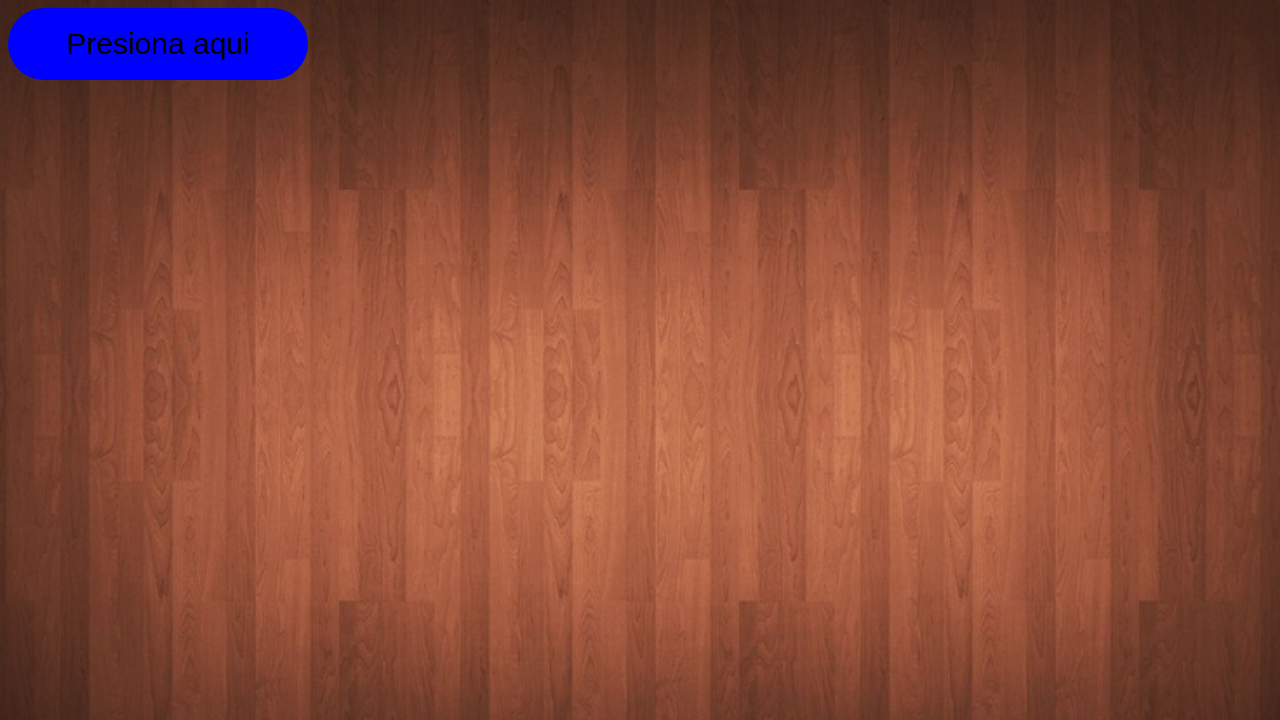
Repository: ye909/secreto
Page: inicio.html
An editor plug-in stored every save of this project. The page is shown before and after the next save, followed by the edit.
The browser window is 1280 px wide. The pictures show the whole page.

Above is the page before, as saved 2025-02-20 22:19:07.

### inicio.html
<!DOCTYPE html>
<html>
<head>
<title>Amigo Secreto 3D</title>
<link rel="stylesheet" href="inicio.css">
</head>
<body>

          <div class="container">
            <h1 id="message">¡Bienvenido al Juego del Amigo Secreto!</h1>
        </div>
    <button id="btn"><a href="">Presiona aqui</a></button>

  <script src="inicio.js"></script>
</body>
</html>

### inicio.css
body {

    justify-content: center;
    align-items: center;
    background-image:url(./imagenes/fondocard.jpg);
    background-repeat: no-repeat;
    background-attachment: fixed;
    background-size: cover;
    background-size:100%;
}

.container {
    text-align: center;
}

#message {
    font-size: 2em;
    color: #333;
    opacity: 0;
    transform: translateY(-20px);
    animation: fadeIn 1s ease-out forwards;
}

@keyframes fadeIn {
    to {
        opacity: 1;
        transform: translateY(0);
    }
}
a{
    text-decoration: none;
    list-style: none;
    color:black;
}
#btn{
    display: none;
    width: 300px;
    height: 10vh;
    background: rgb(97, 97, 205);
    border-radius: 60px;
    font-size: 30px;
    border:none;
    background: blue;
}
#btn:hover{
    background: transparent;
    box-shadow: rgb(2, 2, 170) 4px 3px 4px 3px ,rgb(2, 2, 170) 4px 3px 4px 3px ,rgb(2, 2, 170) 4px 3px 4px 3px ;

}

### inicio.js
// script.js
document.addEventListener('DOMContentLoaded', function() {
    setTimeout(function() {
        document.getElementById('message').style.display = 'none';

    }, 3000);

    setTimeout(function() {
        document.getElementById('message').style.display = 'none';
        document.getElementById('btn').style.display = 'inline';
    }, 3400);
});

After the next save:
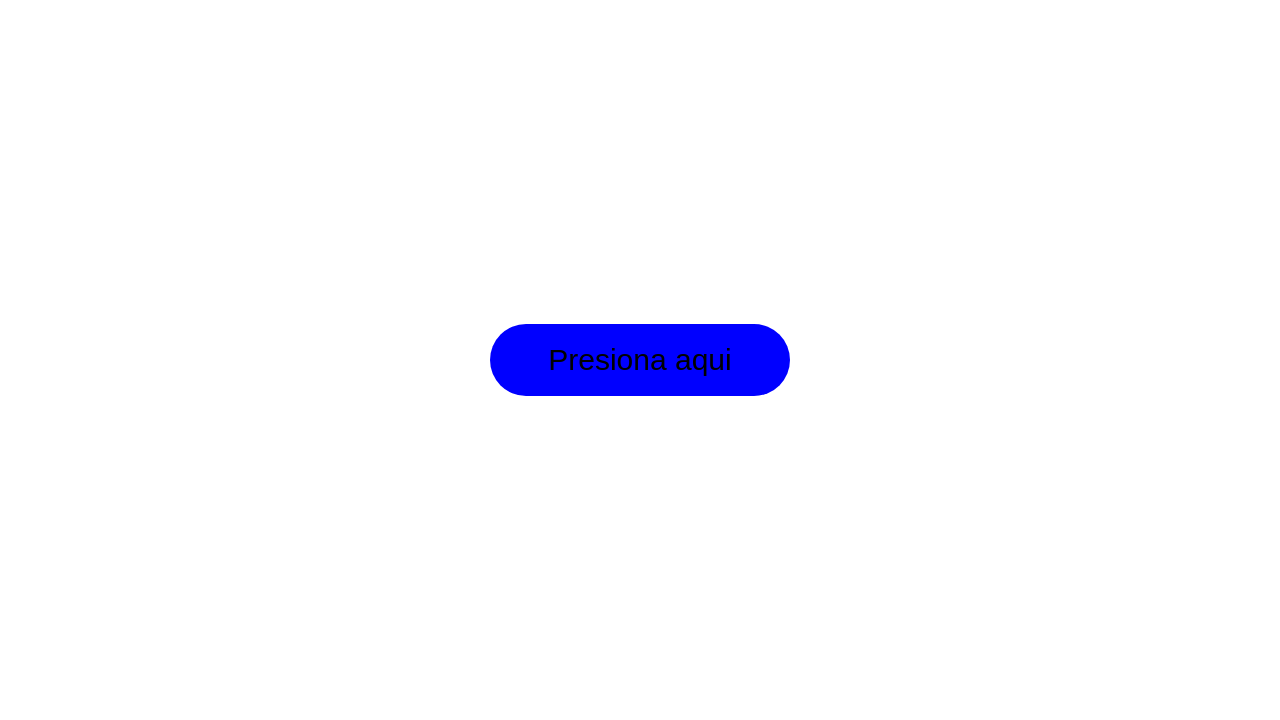
Saved 61 s later.
--- a/inicio.css
+++ b/inicio.css
@@ -1,12 +1,11 @@
-body {
-
+body, html {
+    height: 100%;
+    margin: 0;
+    display: flex;
     justify-content: center;
     align-items: center;
-    background-image:url(./imagenes/fondocard.jpg);
-    background-repeat: no-repeat;
-    background-attachment: fixed;
-    background-size: cover;
-    background-size:100%;
+
+    font-family: Arial, sans-serif;
 }
 
 .container {

After the save that followed:
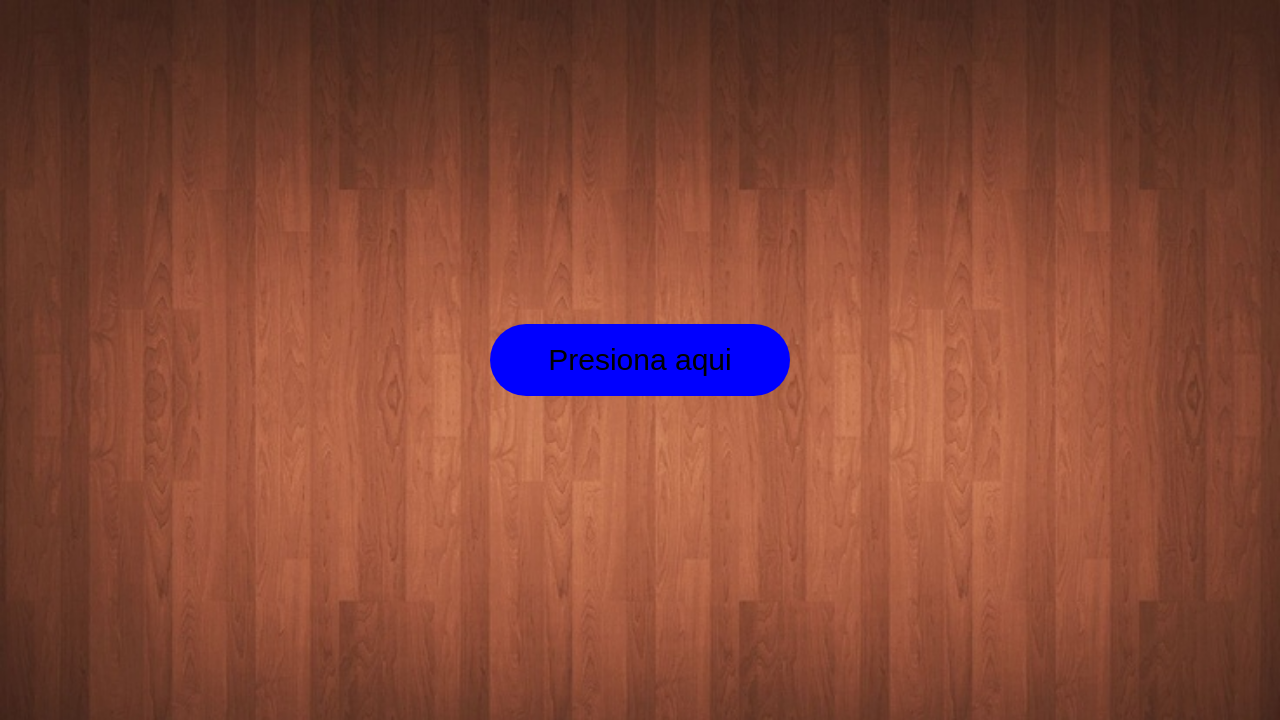
Saved 12 s later.
--- a/inicio.css
+++ b/inicio.css
@@ -4,8 +4,12 @@
     display: flex;
     justify-content: center;
     align-items: center;
+    background-image:url(./imagenes/fondocard.jpg);
+    background-repeat: no-repeat;
+    background-attachment: fixed;
+    background-size: cover;
+    background-size:100%;
 
-    font-family: Arial, sans-serif;
 }
 
 .container {
